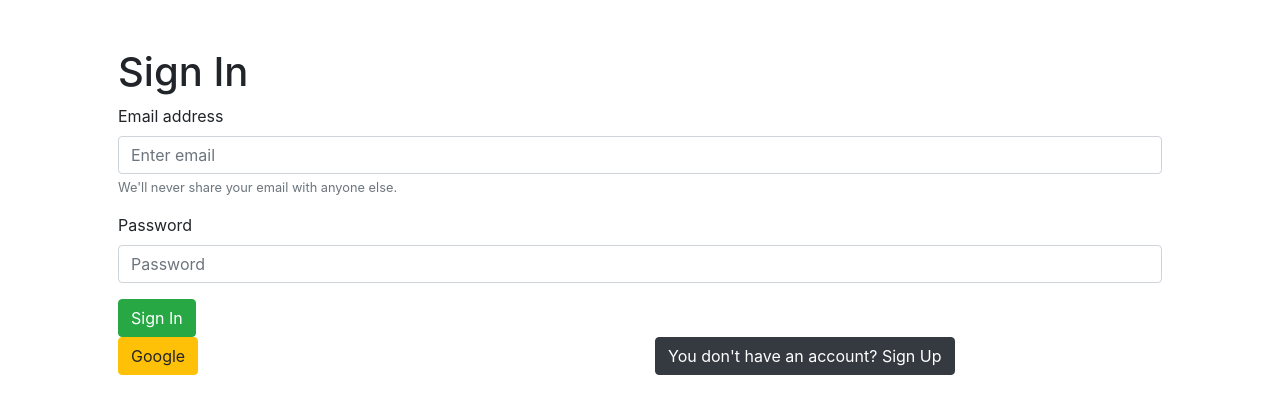
Repository: ulises117-xrZ/CRUDReact
Page: /login
These files come from the project's save history. The page is drawn as it stood at one moment and after the next save; the edit follows.
The browser window is 1280 px wide. The pictures show the whole page.
The page's requests for data from a server got no answer. The project was rebuilt for these pictures with package versions that can differ from the ones it lists, and the page was loaded fresh each time. Some packages were replaced by stand-ins written for this rebuild. No one was signed in, and anything a server would have sent is missing. Also part of the build but not shown: src/screens/Profile.jsx, src/components/crud-form/Tareas.jsx, src/components/crud-form/Completed.jsx, src/components/crud-form/Crud.jsx, src/screens/Home.jsx.

Above is the page before, as saved 2021-11-19 18:16:56.

After the next save:
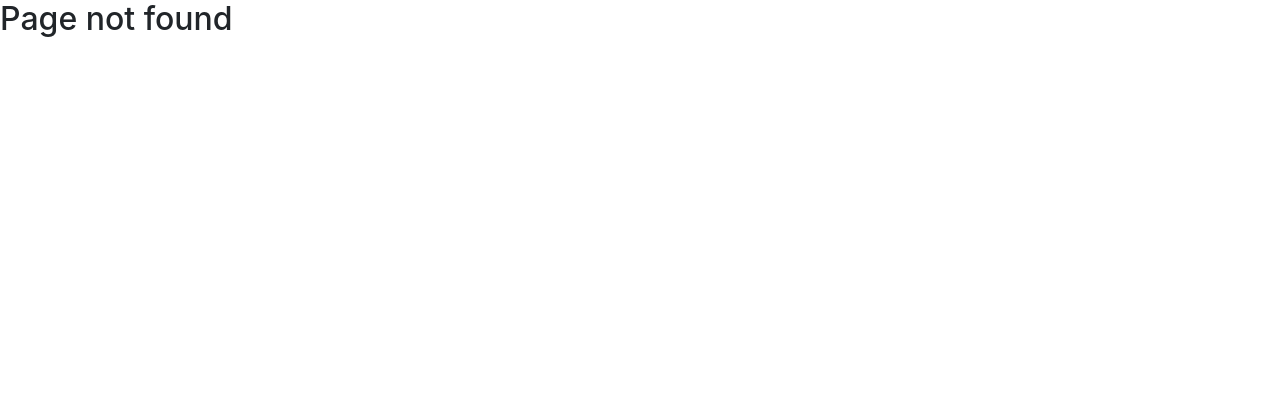
Saved 33 s later.
--- a/src/App.jsx
+++ b/src/App.jsx
@@ -5,6 +5,7 @@ import Home from './screens/Home';
 import { AuthProvider} from "./Context/authProvider";
 import {onAuthStateChanged, getAuth} from 'firebase/auth';
 import app from "./firebase/firebase";
+import RoutesPage from "./routes/Index";
 const auth = getAuth(app);
 function App() {
   const [user, setUser] = useState(
@@ -28,7 +29,7 @@ function App() {
   }, [user]);
   return (
     <AuthProvider>
-    {user ? <Home/> : <Login />}
+    <RoutesPage />
     </AuthProvider>
   );
 }
